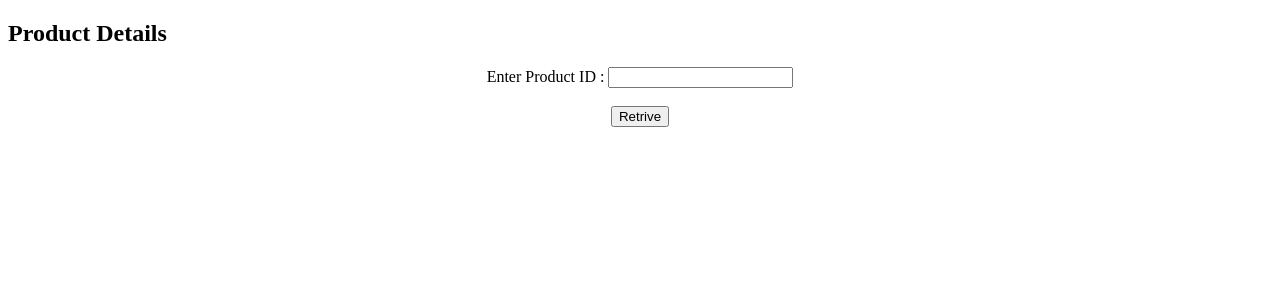
Repository: balinenibhanuprakash444/projects-All-Phases
Page: RetrievingtheProductDetails/src/main/webapp/index.html
The author's editor kept a copy of each file at every save. The page is drawn from the files as they stood at one save, then again after the next save.
The browser window is 1280 px wide. The pictures show the whole page.

Above is the page before, as saved 2022-03-23 09:24:24.

### RetrievingtheProductDetails/src/main/webapp/index.html
<!DOCTYPE html>
<html>
<head>
<meta charset="ISO-8859-1">
<title>Insert title here</title>
</head>
<body>
<h2> Product Details</h2>
</center>

<form align="center" action="Retrive" method="post" >
Enter Product ID : <input type="text" name="pid"><br>
<br>

<input type="submit" value="Retrive">
</form>

</body>
</html>

After the next save:
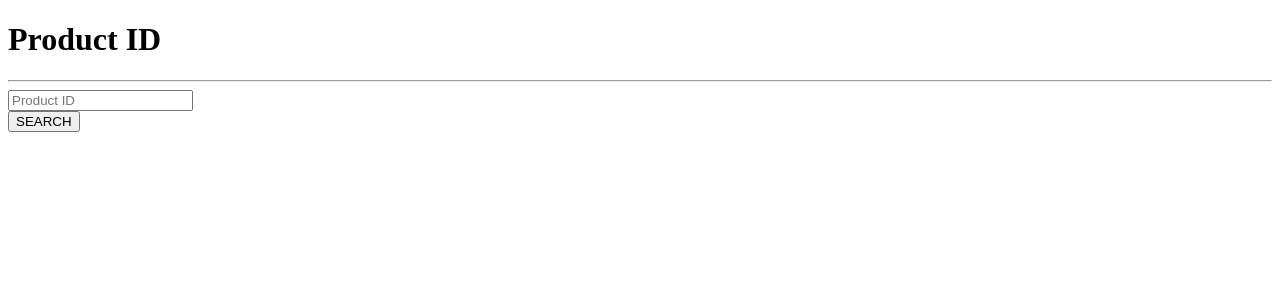
Saved 73 min 47 s later.
--- a/RetrievingtheProductDetails/src/main/webapp/index.html
+++ b/RetrievingtheProductDetails/src/main/webapp/index.html
@@ -5,14 +5,11 @@
 <title>Insert title here</title>
 </head>
 <body>
-<h2> Product Details</h2>
-</center>
-
-<form align="center" action="Retrive" method="post" >
-Enter Product ID : <input type="text" name="pid"><br>
-<br>
-
-<input type="submit" value="Retrive">
+<h1>Product ID</h1>
+<hr>
+<form action="login">
+<input type="text" name="p_ID" placeholder="Product ID"><br>
+<input type="submit" value="SEARCH">
 </form>
 
 </body>
